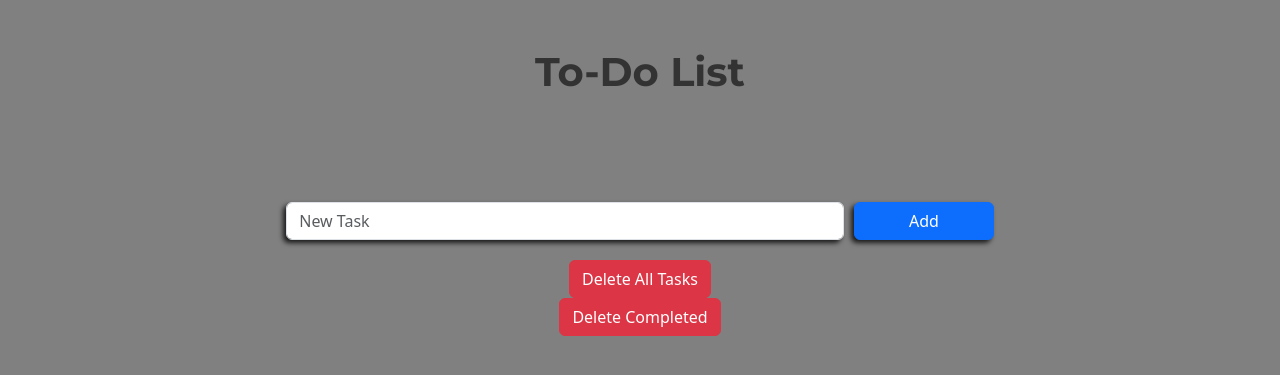
Repository: PituMia/TODO-List
Page: /
These files come from the project's save history. The page is drawn as it stood at one moment and after the next save; the edit follows.
The browser window is 1280 px wide. The pictures show the whole page.
The project was rebuilt for these pictures with package versions that can differ from the ones it lists, and the page was loaded fresh each time. Also part of the build but not shown: vite.config.js, src/assets/css/App.css, src/assets/css/Task.css, src/assets/components/Task.jsx.

Above is the page before, as saved 2025-02-01 15:38:54.

After the next save:
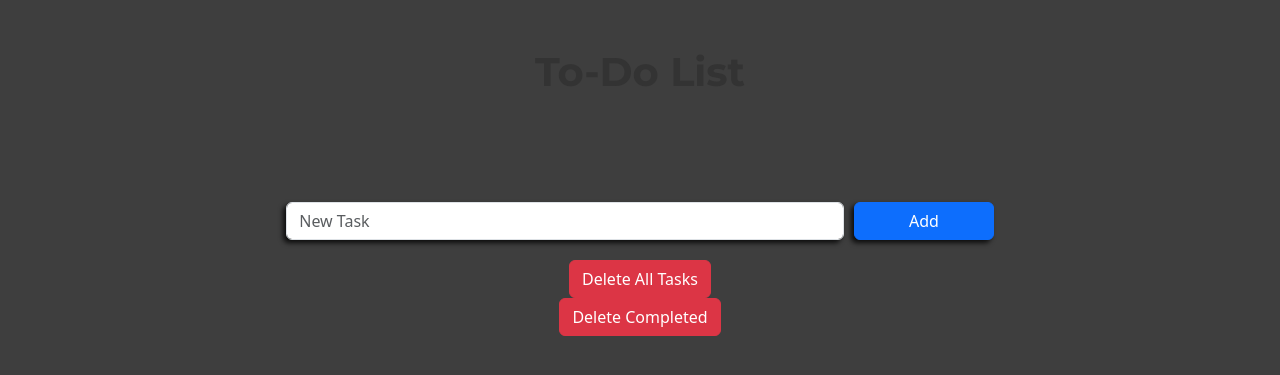
Saved 22 s later.
--- a/src/assets/css/index.css
+++ b/src/assets/css/index.css
@@ -1,5 +1,5 @@
 html, body {
-    background-color: #808080;
+    background-color: #3e3e3e;
     margin: 0;
     padding: 0;
     width: 100%;
